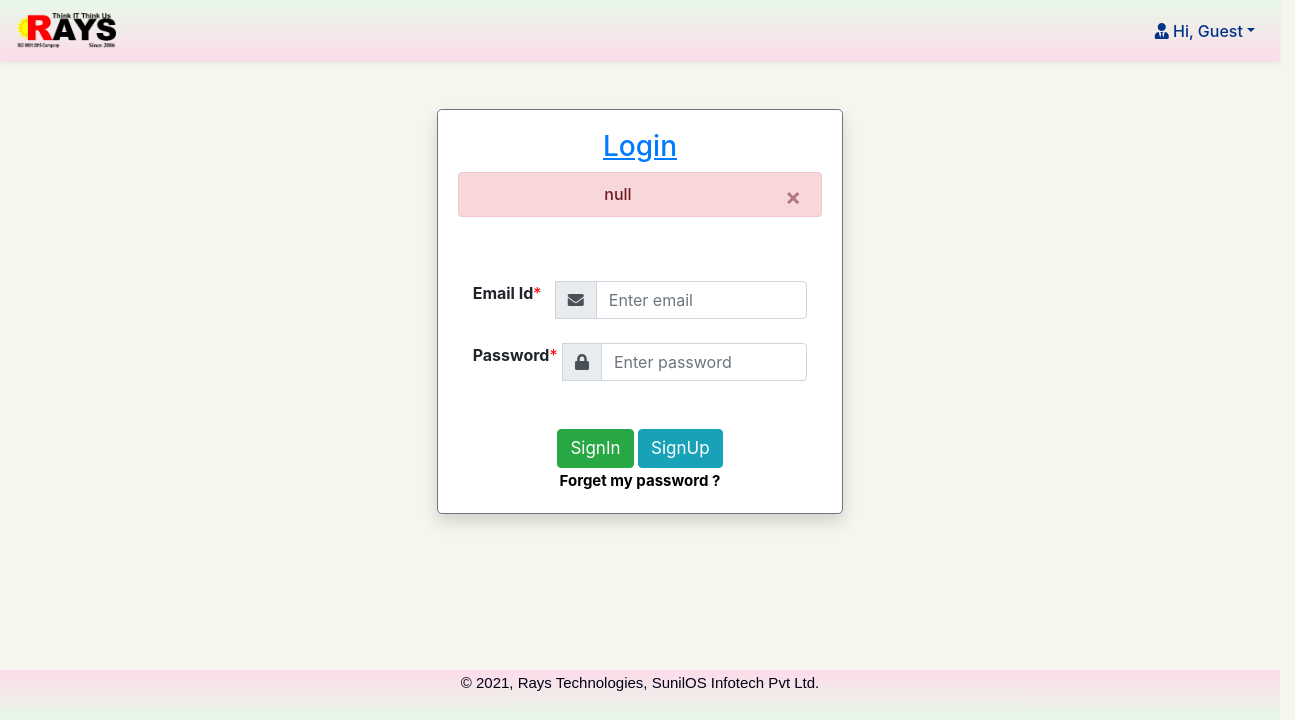
Repository: tanu22s/hibernate3
Page: http://localhost/project_3/ctl/UserCtl
These files come from the project's save history. The page is drawn as it stood at one moment and after the next save; the edit follows.
The browser window is 1280 px wide. The page is 1295 px wide, so the pictures cover 1295 px, including what lies to the right of the window. The pictures show the whole page.
The page is served by Tomcat 9.

Above is the page before, as saved 2022-02-19 10:07:19.

After the next save:
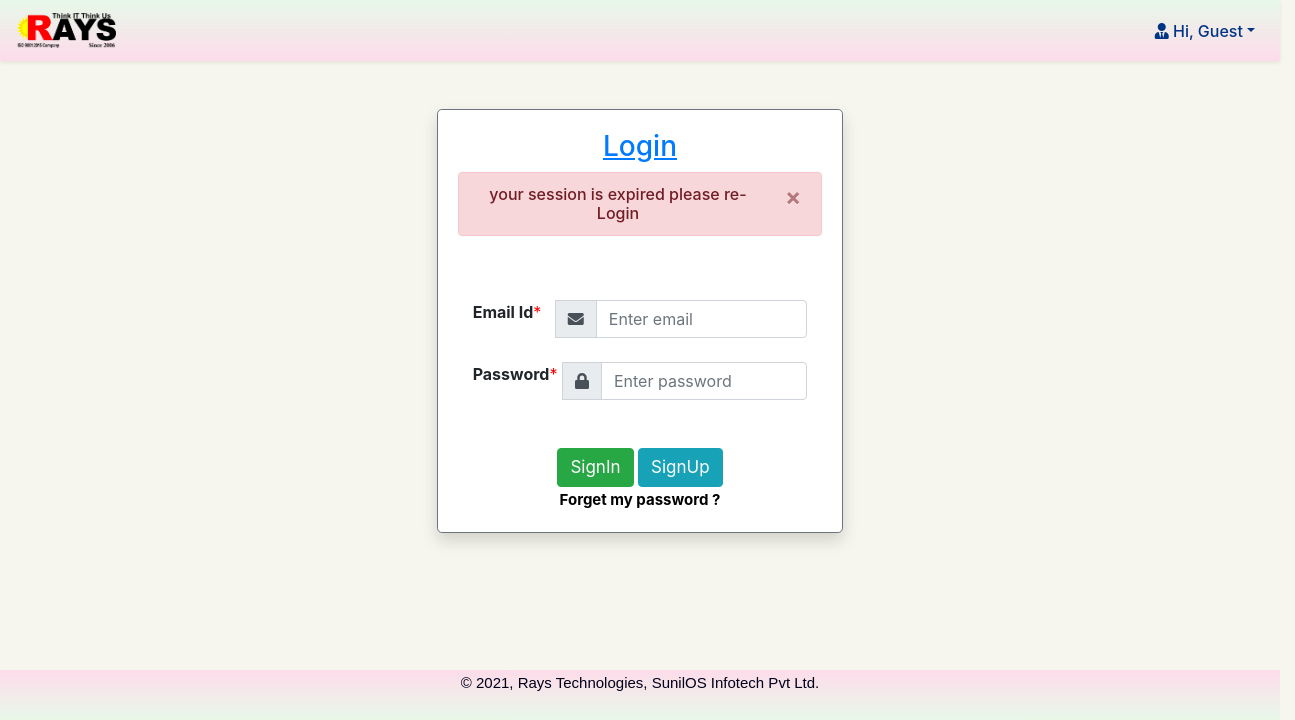
Saved 27 s later.
--- a/ORSProject_3-main/project_3/src/main/webapp/jsp/LoginView.jsp
+++ b/ORSProject_3-main/project_3/src/main/webapp/jsp/LoginView.jsp
@@ -48,7 +48,7 @@
 									%>
 									<div class="alert alert-danger alert-dismissible">
 										<button type="button" class="close" data-dismiss="alert">&times;</button>
-											<%=request.getAttribute("bhag")%>
+											<%=ServletUtility.getErrorMessage(request)%>
 									</div>
 									<%
 										}

After the save that followed:
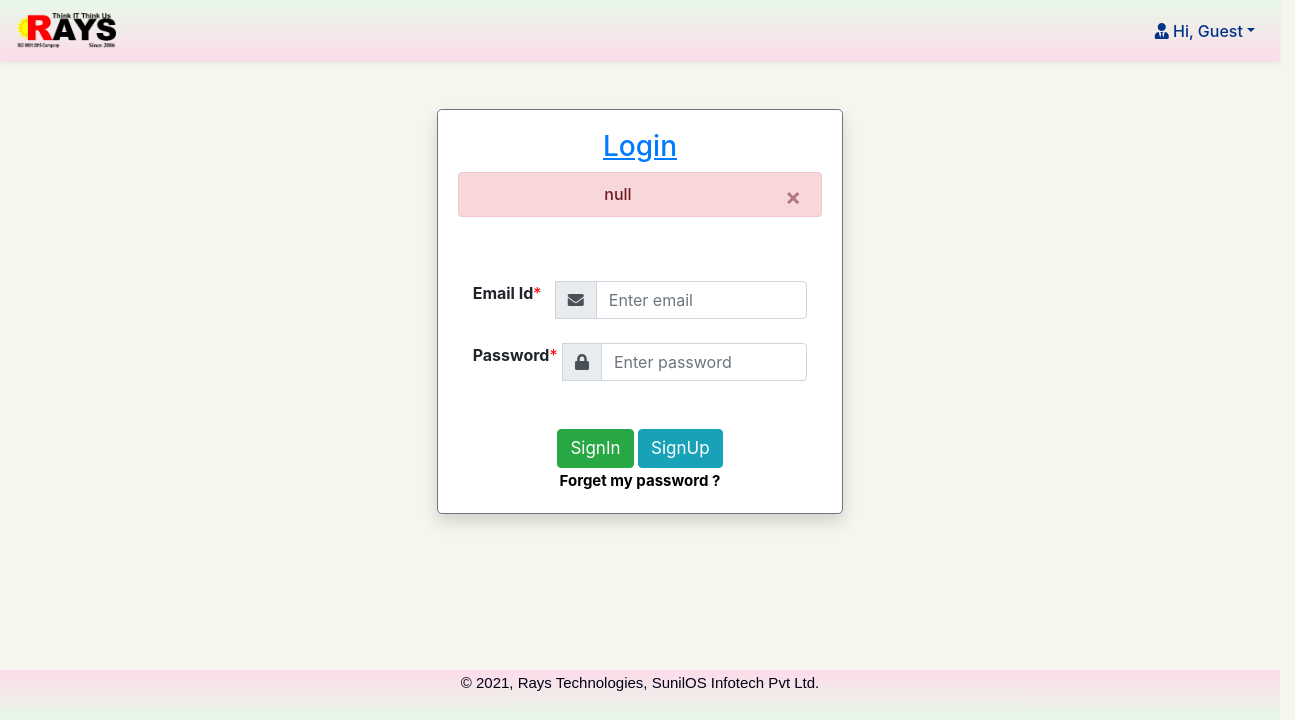
Saved 26 s later.
--- a/ORSProject_3-main/project_3/src/main/webapp/jsp/LoginView.jsp
+++ b/ORSProject_3-main/project_3/src/main/webapp/jsp/LoginView.jsp
@@ -48,7 +48,7 @@
 									%>
 									<div class="alert alert-danger alert-dismissible">
 										<button type="button" class="close" data-dismiss="alert">&times;</button>
-											<%=ServletUtility.getErrorMessage(request)%>
+											<%=request.getAttribute("bhag")%>
 									</div>
 									<%
 										}
